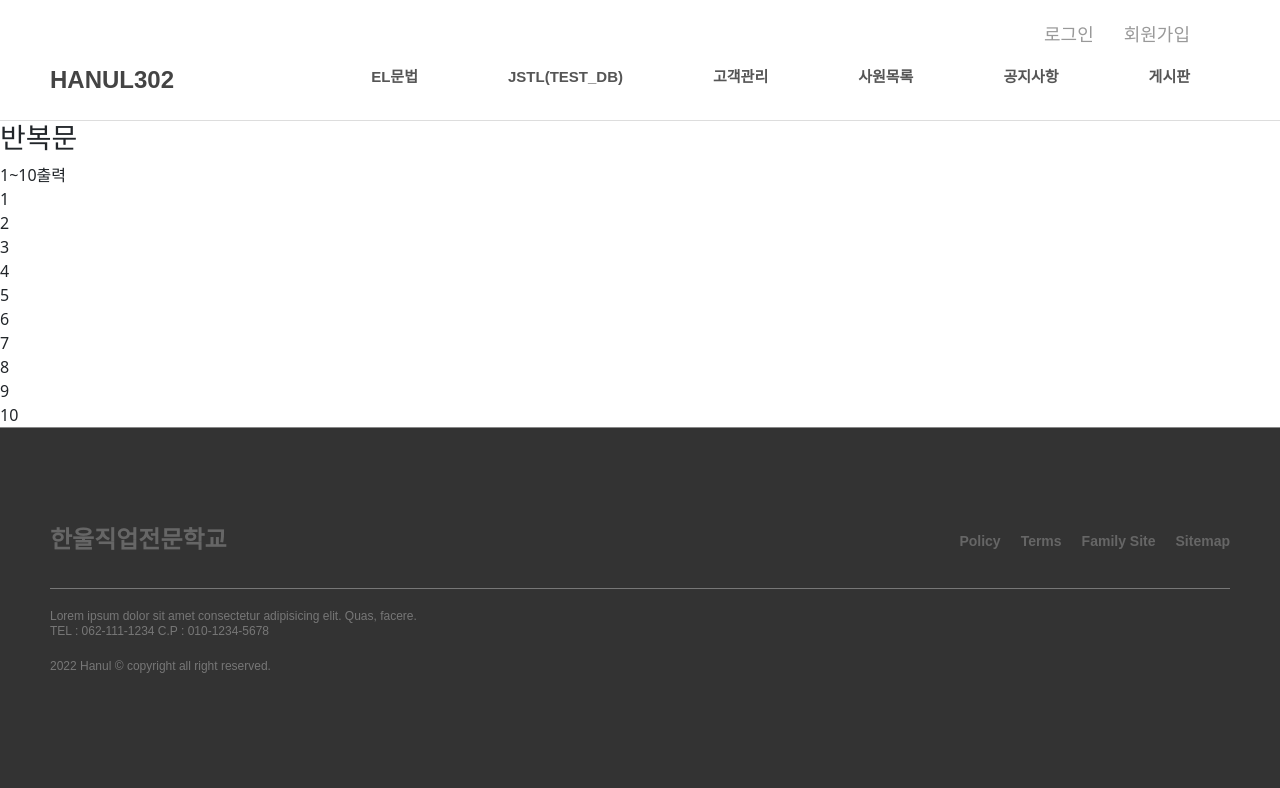
Repository: Xeyeong/servlet
Page: http://localhost/05.MiniProject/el/for.jsp
These files come from the project's save history. The page is drawn as it stood at one moment and after the next save; the edit follows.
The browser window is 1280 px wide. The pictures show the whole page.
Some web libraries are served in a nearby version. The page is served by Tomcat 9.

Above is the page before, as saved 2022-09-20 04:01:59.

After the next save:
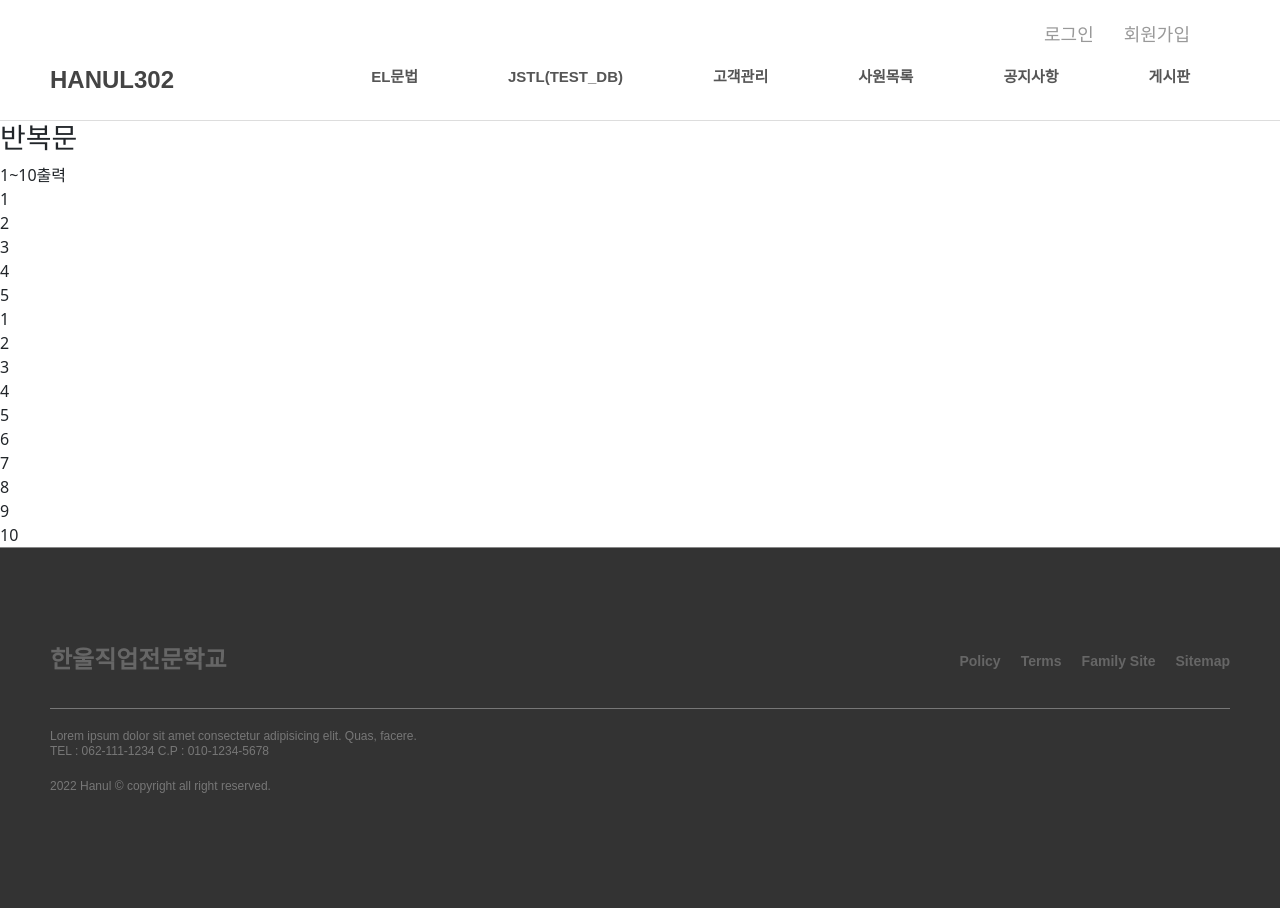
Saved 13 s later.
--- a/05.MiniProject/src/main/webapp/el/for.jsp
+++ b/05.MiniProject/src/main/webapp/el/for.jsp
@@ -11,7 +11,7 @@
 <jsp:include page="/include/header.jsp"/>
 <h3>반복문</h3>
 <div>1~10출력</div>
-<c:forEach items="" var="i" begin="1" end="5" step="1">
+<c:forEach var="i" begin="1" end="5" step="1">
 <div>${i}</div>
 </c:forEach>
 <%
